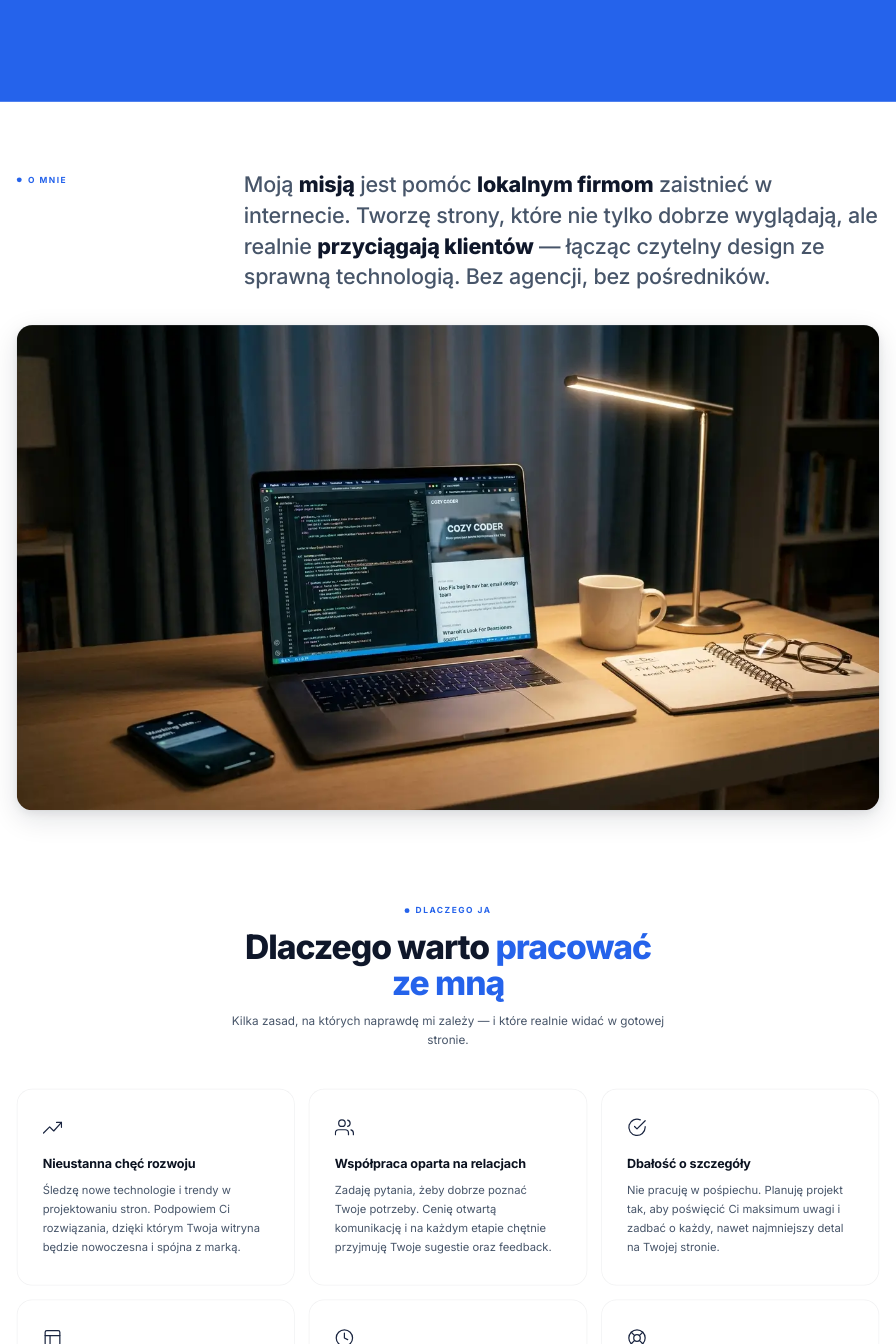
Repository: Stecudesign/lokalne-www
Page: o-mnie.html
The author's editor kept a copy of each file at every save. The page is drawn from the files as they stood at one save, then again after the next save.
The browser window is 1280 px wide. The pictures show the part of the page from y = 859 to 2779 px (the page is 4871 px tall before and 5351 px after), at 70% of full size.
A picture or video elsewhere on the page could not be fetched, so the positions and the page height are approximate. Some web libraries are served in a nearby version.

Above is the page before, as saved 2026-08-23 10:17:18.

After the next save:
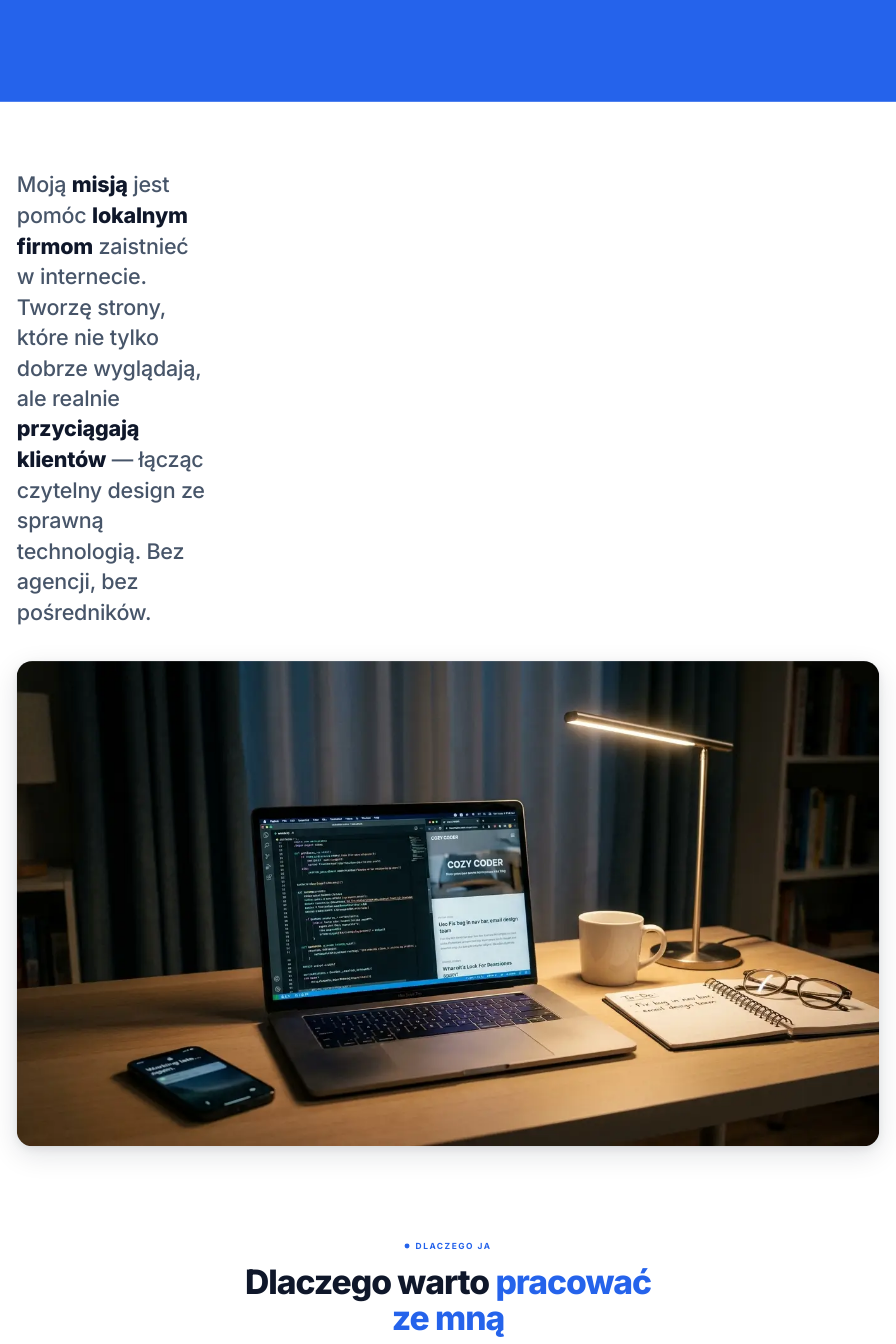
Saved 28 min 11 s later.
--- a/o-mnie.html
+++ b/o-mnie.html
@@ -157,7 +157,7 @@
   <div class="max-w-container mx-auto px-6">
 
     <div class="me-mission-top fade-up">
-      <span class="me-eyebrow">O mnie</span>
+
       <p class="me-mission-text">
         Moją <strong>misją</strong> jest pomóc <strong>lokalnym firmom</strong> zaistnieć w internecie.
         Tworzę strony, które nie tylko dobrze wyglądają, ale realnie <strong>przyciągają klientów</strong> —
